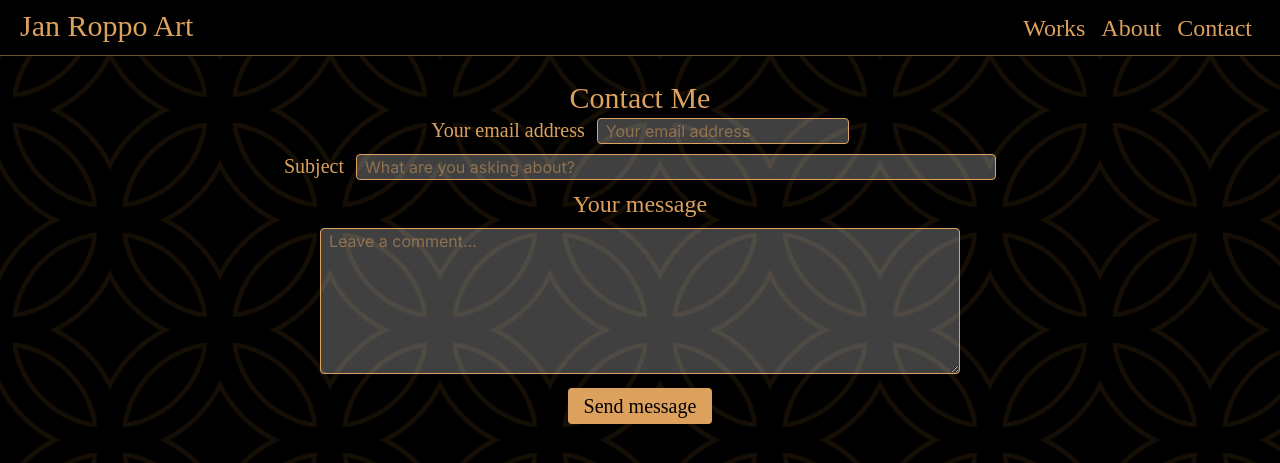
Repository: YanceMcFinn/JRArt
Page: /contact
These files come from the project's save history. The page is drawn as it stood at one moment and after the next save; the edit follows.
The browser window is 1280 px wide. The pictures show the whole page.
Some web fonts or font styles are not loaded; a fallback is used. The project was rebuilt for these pictures with package versions that can differ from the ones it lists, and the page was loaded fresh each time. The framework's server and built-in components were replaced by stand-ins that run in the browser. Also part of the build but not shown: next.config.js.

Above is the page before, as saved 2023-10-28 22:38:25.

### app/layout.js
import './globals.css'
import { Inter } from 'next/font/google'

import Navbar from './components/Navbar'

const inter = Inter({ subsets: ['latin'] })

export const metadata = {
  title: 'Jan Roppo Art',
  description: 'The art of Jan Roppo',
}

export default function RootLayout({ children }) {
  return (
    <html lang="en">
      <head>
        <link rel="preconnect" href="https://fonts.googleapis.com" />
        <link rel="preconnect" href="https://fonts.gstatic.com" crossorigin />
        <link href="https://fonts.googleapis.com/css2?family=Macondo+Swash+Caps&display=swap" rel="stylesheet" />
      </head>
      <body className={inter.className}>
        <Navbar />
        {children}
      </body>
    </html>
  )
}

### app/contact/page.jsx
'use client'

import Image from 'next/image'

export default function Contact() {
    return(
        <div className='text-main-color text-center justify-content-center mt-20'>
            <div className='title text-center text-3xl'>Contact Me</div>
                <form className='w-2/3 mx-auto'>
                    <div className='mb-2'>
                        <label for="email" className='pr-3 title text-xl'>Your email address</label>
                        <input type="email" className='rounded px-2 bg-white/25 border border-main-color text-main-color placeholder-main-color/50 focus:border-main-color focus:border-2 focus:outline-none focus:ring-0'id="email" placeholder="Your email address" required/>
                    </div>
                    <div className='mb-2'>
                        <label for="subject" className='pr-3 title text-xl'>Subject</label>
                        <input type="text" id="subject" className='rounded w-9/12 px-2 bg-white/25 border border-main-color text-main-color placeholder-main-color/50 focus:border-main-color focus:border-2 focus:outline-none focus:ring-0' placeholder="What are you asking about?" required/>
                    </div>
                <div class="sm:col-span-2">
              <label for="message" className='title text-2xl' >Your message</label><br/>
              <textarea id="message" rows="6" placeholder="Leave a comment..." className='rounded w-9/12 px-2 mt-2 bg-white/25 border border-main-color text-main-color placeholder-main-color/50 focus:border-main-color focus:border-2 focus:outline-none focus:ring-0'></textarea>
          </div>
          <button type="submit" className='bg-main-color text-black title text-xl rounded px-4 py-1 mt-2'>Send message</button>
      </form>
        </div>
    )
}

### app/globals.css
@tailwind base;
@tailwind components;
@tailwind utilities;

@import url('https://fonts.googleapis.com/css2?family=Macondo+Swash+Caps&display=swap');
/* body {
 background-color: black;
} */


.title {
    font-family: 'Macondo Swash Caps', cursive;
}

html {
    --s: 220px; /* control the size */
    --c1: #150e05;
    --c2: #000000;

    --_g:radial-gradient(#0000 60%,var(--c1) 61% 63%,#0000 64% 77%,var(--c1) 78% 80%,#0000 81%);
    --_c:,#0000 75%,var(--c2) 0;
    background:
      conic-gradient(at 12% 20% var(--_c)) calc(var(--s)* .44) calc(.9*var(--s)),
      conic-gradient(at 12% 20% var(--_c)) calc(var(--s)*-.06) calc(.4*var(--s)),
      conic-gradient(at 20% 12% var(--_c)) calc(.9*var(--s)) calc(var(--s)* .44),
      conic-gradient(at 20% 12% var(--_c)) calc(.4*var(--s)) calc(var(--s)*-.06),
      var(--_g),var(--_g) calc(var(--s)/2) calc(var(--s)/2) var(--c2);
    background-size: var(--s) var(--s);
    background-attachment: fixed;
  }

### app/components/Navbar.jsx
import React from "react";

const Navbar = () => {
    return(
    <>
    <div className="top-0 w-full z-10 h-14 bg-black px-5 py-2 text-main-color border-b border-b-main-color/50 fixed">
      <div className="float-left title text-3xl">
        <a className="hover:text-white" href="/">Jan Roppo Art</a>
      </div>
      <div className="mt-1 float-right title text-2xl">
        <ul>
        <li className="inline px-2">
            <a href="/" className="hover:text-white">Works</a>
          </li>
          <li className="inline px-2">
            <a href="/about" className="hover:text-white">About</a>
          </li>
          <li className="inline px-2">
            <a href="/contact" className="hover:text-white">Contact</a>
          </li>
        </ul>
      </div>
    </div>
    </>

    )
}

export default Navbar

### tailwind.config.js
/** @type {import('tailwindcss').Config} */
module.exports = {
  content: [
    './pages/**/*.{js,ts,jsx,tsx,mdx}',
    './components/**/*.{js,ts,jsx,tsx,mdx}',
    './app/**/*.{js,ts,jsx,tsx,mdx}',
  ],
  theme: {
    extend: {
      backgroundImage: {
      },
      colors: {
        'main-color': '#dda15e'
      },
    },
  },
  plugins: [],
}

After the next save:
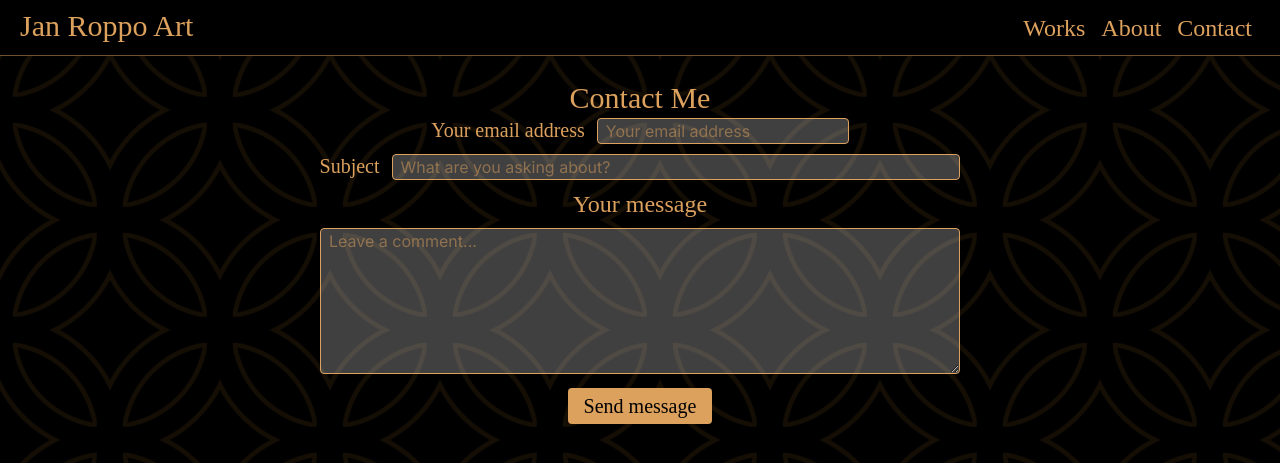
Saved 40 s later.
--- a/app/contact/page.jsx
+++ b/app/contact/page.jsx
@@ -13,7 +13,7 @@ export default function Contact() {
                     </div>
                     <div className='mb-2'>
                         <label for="subject" className='pr-3 title text-xl'>Subject</label>
-                        <input type="text" id="subject" className='rounded w-9/12 px-2 bg-white/25 border border-main-color text-main-color placeholder-main-color/50 focus:border-main-color focus:border-2 focus:outline-none focus:ring-0' placeholder="What are you asking about?" required/>
+                        <input type="text" id="subject" className='rounded w-8/12 px-2 bg-white/25 border border-main-color text-main-color placeholder-main-color/50 focus:border-main-color focus:border-2 focus:outline-none focus:ring-0' placeholder="What are you asking about?" required/>
                     </div>
                 <div class="sm:col-span-2">
               <label for="message" className='title text-2xl' >Your message</label><br/>
